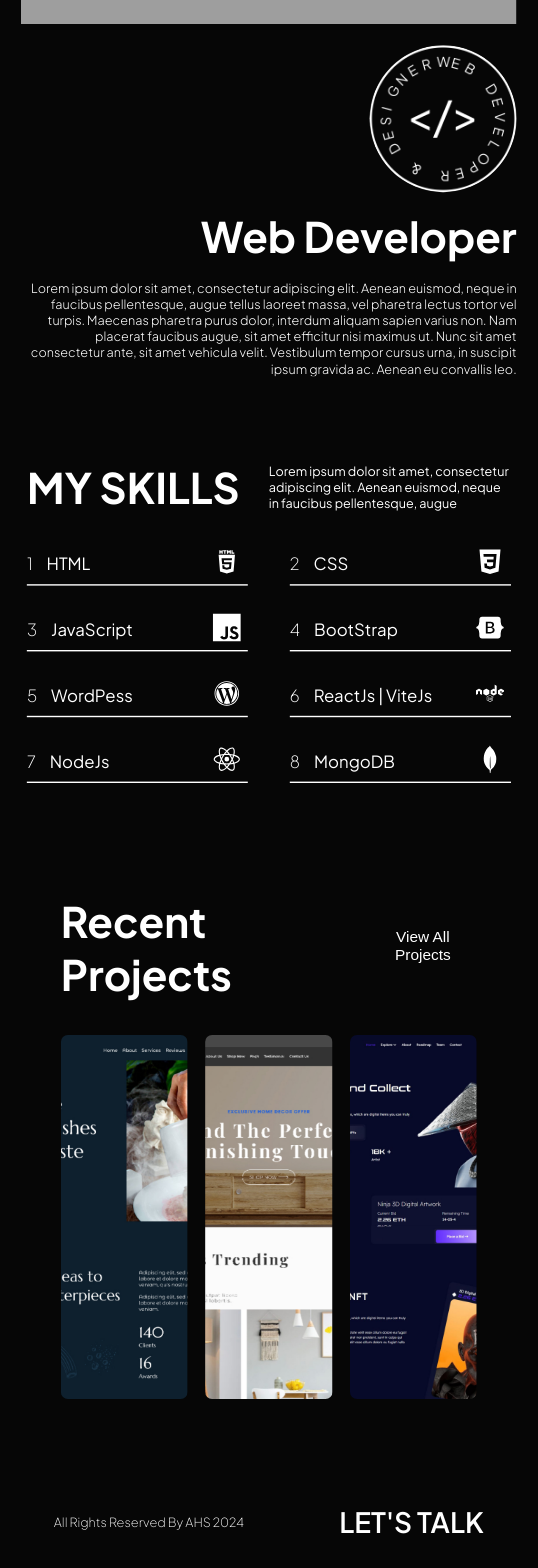
Repository: AliHassan02-Dev/PORTFOLIO
Page: / (app in Front-end/)
These files come from the project's save history. The page is drawn as it stood at one moment and after the next save; the edit follows.
The browser window is 768 px wide. The pictures show the part of the page from y = 1671 to 3911 px (the page is 3911 px tall before and 3811 px after), at 70% of full size.
Pictures or frames that could not be fetched are drawn as grey boxes. The project was rebuilt for these pictures with package versions that can differ from the ones it lists, and the page was loaded fresh each time. Also part of the build but not shown: Front-end/vite.config.js, Front-end/src/Pages/Projects.jsx, Front-end/src/Pages/AllProjects.jsx, Front-end/src/Components/ProjectPreview.jsx.

Above is the page before, as saved 2024-08-24 07:38:10.

### Front-end/src/main.jsx
import React from 'react'
import ReactDOM from 'react-dom/client'
import App from './App.jsx'
import './App.css'
import { BrowserRouter, Route, Routes } from 'react-router-dom'
import AllProjects from './Pages/AllProjects.jsx'
import ProjectPreview from './Components/ProjectPreview.jsx'

ReactDOM.createRoot(document.getElementById('root')).render(
  <>
    <BrowserRouter>
      <Routes>
        <Route path='/' element={<App />} />
        <Route path='/Projects' element={<AllProjects />} />
        <Route path='/projects/projectPreview' element={<ProjectPreview />} />
      </Routes>
    </BrowserRouter>
  </>
)

### Front-end/src/App.css
@import url("https://fonts.googleapis.com/css2?family=Plus+Jakarta+Sans:ital,wght@0,200..800;1,200..800&display=swap");
* {
  margin: 0;
  padding: 0;
  box-sizing: border-box;
}

body {
  width: 100%;
  height: 100%;
  background-color: #060606;
  color: white;
  font-family: "Plus Jakarta Sans", sans-serif;
}

.mainWrapper {
  width: 100%;
  height: 100%;
  position: relative;
  overflow: hidden;
}

/* HOME CONTAINER CSS */
.homeContainer {
  width: 100vw;
  height: 1000px;
  display: flex;
  flex-direction: column;
}

/* NAVBAR CSS */
/* MENU CSS */
.menu {
  width: 100%;
  height: 1000px;
  position: fixed;
  background-color: #060606;
  transform: translateY(-100%);
  z-index: 20;
  display: flex;
  justify-content: center;
  align-items: center;
  opacity: 0;
}

.menu .links {
  width: 100%;
  display: flex;
  justify-content: center;
  align-items: center;
  flex-direction: column;
  height: 100%;
  gap: 40px;
}

.menu .links a {
  color: white;
  font-size: 40px;
  font-weight: 400;
  text-decoration: none;
  position: relative;
  padding-bottom: 10px;
}
.menu .links a::before {
  content: "";
  position: absolute;
  width: 0%;
  height: 2px;
  background-color: white;
  bottom: 0;
  left: 50%;
  transform: translateX(-50%);
  transition: all 0.3s ease-out;
}
.menu .links a:hover::before {
  width: 100%;
}

.navBar {
  margin: 30px auto;
  width: 80%;
  display: flex;
  justify-content: space-between;
  align-items: center;
  padding: 0px 20px;
  position: relative;
  /* left: 50%;
  transform: translateX(-50%); */
  z-index: 25;
}

.navBar a {
  text-decoration: none;
  font-size: 25px;
  font-weight: 600;
  color: white;
}

.navBar .menuBtn,
.navBar .menuBtn-active {
  width: 30px;
  height: 30px;
  display: flex;
  justify-content: center;
  align-items: flex-end;
  flex-direction: column;
  overflow: hidden;
  cursor: pointer;
  transition: all 0.3s ease-in-out;
  opacity: 1 !important;
}
.navBar .menuBtn span,
.navBar .menuBtn-active span {
  width: 100%;
  height: 3px;
  background-color: white;
  border-radius: 20px;
  cursor: pointer;
  transition: all 0.3s ease-in-out;
  opacity: 1 !important;
}
.navBar .menuBtn #line1 {
  transform: translateY(-8px);
}
.navBar .menuBtn #line2 {
  width: 70%;
}
.navBar .menuBtn #line3 {
  width: 40%;
  transform: translateY(8px);
}
/* ACTIVE CLASSES */
.navBar .menuBtn-active {
  width: 30px;
  height: 30px;
  transition: all 0.3s ease-in-out;
}

.navBar .menuBtn-active #line1 {
  transform: translateY(5px) rotate(45deg) !important;
}
.navBar .menuBtn-active #line2 {
  width: 70%;
  transform: translateX(150%) !important;
}
.navBar .menuBtn-active #line3 {
  width: 100%;
  transform: translateY(-1px) rotate(-45deg) !important;
}

/* HERO SECTION CSS */
.homeContainer .heroContainer {
  width: 100%;
  height: 100%;
  display: flex;
  flex-direction: column;
  justify-content: center;
  align-items: center;
  position: relative;
}

.homeContainer .heroContainer h2 {
  font-size: 180px;
  font-weight: bold;
  position: absolute;
  text-wrap: nowrap;
}
.homeContainer .heroContainer .nonStroke {
  z-index: 5;
}
.homeContainer .heroContainer .strokeText1,
.homeContainer .heroContainer .strokeText2 {
  -webkit-text-stroke: 2px #fff;
  -webkit-text-fill-color: #060606;
  opacity: 0;
}
.homeContainer .heroContainer .strokeText1 {
  transform: translateY(0%);
}
.homeContainer .heroContainer .strokeText2 {
  transform: translateY(0%);
}

/* HERO SECTION RESPONSIVE CSS */

@media (max-width: 1200px) {
  .homeContainer .heroContainer h2 {
    font-size: 110px;
  }
}

@media (max-width: 968px) {
  .homeContainer .heroContainer h2 {
    font-size: 80px;
  }
}

@media (max-width: 768px) {
  .homeContainer .heroContainer h2 {
    font-size: 70px;
  }
}

@media (max-width: 568px) {
  .homeContainer .heroContainer h2 {
    font-size: 50px;
  }
}

/* HERO SECTION END */

/* ABOUT SECTION CSS */
.mainWrapper .aboutContainer {
  width: 80%;
  height: 1000px;
  display: flex;
  justify-content: center;
  align-items: center;
  margin: auto;
  gap: 30px;
}

.mainWrapper .aboutContainer .left,
.mainWrapper .aboutContainer .right {
  flex: 1;
  display: flex;
  flex-direction: column;
  gap: 25px;
  overflow: hidden;
}

.mainWrapper .aboutContainer .left h2 {
  color: white;
  font-size: 80px;
  font-weight: bold;
}

.mainWrapper .aboutContainer .left p {
  color: white;
  font-size: 22px;
  font-weight: 300;
}

.mainWrapper .aboutContainer .left .imageBox {
  width: 100%;
  height: 350px;
  background-image: url(./assets/2.jpg);
  background-position: center;
  background-repeat: no-repeat;
  background-size: cover;
  transform-origin: top;
}

.mainWrapper .aboutContainer .right {
  align-items: flex-end;
}

.mainWrapper .aboutContainer .right .circleImg {
  width: 300px;
  height: 300px;
  border-radius: 100%;
  background-image: url(./assets/circleText.png);
  background-position: center;
  background-repeat: no-repeat;
  background-size: cover;
}

.mainWrapper .aboutContainer .right h2 {
  color: white;
  font-size: 80px;
  font-weight: bold;
}

.mainWrapper .aboutContainer .right p {
  color: white;
  font-size: 22px;
  font-weight: 300;
  text-align: right;
}

/* ABOUT SECTION RESPONSIVE */

@media (max-width: 1200px) {
  .mainWrapper .aboutContainer {
    width: 90%;
    height: auto;
    margin: 100px auto;
  }

  .mainWrapper .aboutContainer .left h2 {
    font-size: 60px;
  }

  .mainWrapper .aboutContainer .left p {
    font-size: 18px;
  }

  .mainWrapper .aboutContainer .left .imageBox {
    height: 300px;
  }

  .mainWrapper .aboutContainer .right .circleImg {
    width: 210px;
    height: 210px;
  }

  .mainWrapper .aboutContainer .right h2 {
    font-size: 60px;
  }

  .mainWrapper .aboutContainer .right p {
    font-size: 18px;
  }
}

@media (max-width: 768px) {
  .mainWrapper .aboutContainer {
    width: 100%;
    height: 100%;
    display: flex;
    flex-direction: column;
    justify-content: center;
    align-items: center;
    margin: 100px auto;
    padding: 20px 30px;
  }

  .mainWrapper .aboutContainer .left h2 {
    font-size: 60px;
  }

  .mainWrapper .aboutContainer .left p {
    font-size: 18px;
  }

  .mainWrapper .aboutContainer .left .imageBox {
    height: 300px;
  }

  .mainWrapper .aboutContainer .right .circleImg {
    width: 210px;
    height: 210px;
  }

  .mainWrapper .aboutContainer .right h2 {
    font-size: 60px;
  }

  .mainWrapper .aboutContainer .right p {
    font-size: 18px;
  }
}

@media (max-width: 568px) {
  .mainWrapper .aboutContainer {
    padding: 20px;
  }

  .mainWrapper .aboutContainer .left h2 {
    font-size: 40px;
  }

  .mainWrapper .aboutContainer .left p {
    font-size: 16px;
  }

  .mainWrapper .aboutContainer .left .imageBox {
    height: 240px;
  }

  .mainWrapper .aboutContainer .right .circleImg {
    width: 180px;
    height: 180px;
  }

  .mainWrapper .aboutContainer .right h2 {
    font-size: 40px;
  }

  .mainWrapper .aboutContainer .right p {
    font-size: 16px;
  }
}

/* ABOUT SECTION CSS END */

/* SKILLS SECTION CSS */
.mainWrapper .skillsContainer {
  width: 80%;
  height: 1000px;
  display: flex;
  justify-content: center;
  flex-direction: column;
  margin: auto;
  gap: 30px;
  overflow: hidden;
}

.mainWrapper .skillsContainer .top {
  width: 100%;
  display: flex;
  justify-content: space-between;
  align-items: center;
}

.mainWrapper .skillsContainer .top .left,
.mainWrapper .skillsContainer .top .right {
  flex: 1;
}

.mainWrapper .skillsContainer .top .left h2 {
  font-size: 80px;
  font-weight: bold;
  color: white;
}
.mainWrapper .skillsContainer .top .right p {
  font-size: 22px;
}

.mainWrapper .skillsContainer .bottom {
  width: 100%;
  display: flex;
  justify-content: space-between;
  align-items: flex-start;
  margin: 20px 0px;
}

.mainWrapper .skillsContainer .bottom {
  width: 100%;
  height: 100%;
  display: grid;
  grid-template-columns: 1fr 1fr;
  grid-template-rows: auto auto auto auto;
  gap: 0px 60px;
}
.mainWrapper .skillsContainer .bottom .skillBar {
  width: 100%;
  display: flex;
  justify-content: space-between;
  align-items: center;
  padding-bottom: 10px;
  position: relative;
  cursor: pointer;
}
.mainWrapper .skillsContainer .bottom .skillBar .left {
  display: flex;
  align-items: center;
  gap: 20px;
}

.mainWrapper .skillsContainer .bottom .skillBar .left p {
  color: white;
  font-size: 30px;
  font-weight: 200;
}
.mainWrapper .skillsContainer .bottom .skillBar .left h2 {
  color: white;
  font-size: 30px;
  font-weight: 400;
}

.mainWrapper .skillsContainer .bottom .skillBar .right .skillLogo {
  font-size: 50px;
  color: white;
  margin-right: 10px;
}

/* SKILLS SECTION CSS RESPONSIVE */

@media (max-width: 1200px) {
  .mainWrapper .skillsContainer {
    width: 90%;
    height: 100%;
    margin: 100px auto;
  }

  .mainWrapper .skillsContainer .top .left h2 {
    font-size: 60px;
    font-weight: bold;
    color: white;
  }
  .mainWrapper .skillsContainer .top .right p {
    font-size: 18px;
  }

  .mainWrapper .skillsContainer .bottom {
    gap: 40px 60px;
  }

  .mainWrapper .skillsContainer .bottom .skillBar .left p {
    font-size: 24px;
  }

  .mainWrapper .skillsContainer .bottom .skillBar .left h2 {
    font-size: 24px;
  }

  .mainWrapper .skillsContainer .bottom .skillBar .right .skillLogo {
    font-size: 40px;
  }
}

/* SKILLS SECTION CSS END */

/* PROJECTS SECTION CSS */
.mainWrapper .projectContainer {
  width: 80%;
  height: 1000px;
  display: flex;
  justify-content: center;
  flex-direction: column;
  margin: auto;
  gap: 30px;
}

.mainWrapper .projectContainer .top {
  width: 100%;
  display: flex;
  justify-content: space-between;
  align-items: center;
}

.mainWrapper .projectContainer .top .left,
.mainWrapper .projectContainer .top .right {
  flex: 1;
}

.mainWrapper .projectContainer .top .left h2 {
  font-size: 80px;
  font-weight: bold;
  color: white;
}
.mainWrapper .projectContainer .top .right p {
  font-size: 22px;
}

.mainWrapper .projectContainer .bottom {
  width: 100%;
  display: flex;
  margin-top: 50px;
}

.mainWrapper .projectContainer .bottom {
  display: flex;
  flex-direction: column;
  overflow: hidden;
  gap: 100px;
}

.mainWrapper .projectContainer .bottom .projectBar {
  display: flex;
  justify-content: space-between;
  align-items: center;
  padding-bottom: 5px;
  position: relative;
  cursor: pointer;
  cursor: pointer;
}
.line {
  width: 100%;
  height: 2px;
  background-color: white;
  position: absolute;
  bottom: 0;
  left: 0;
}
.projectLine {
  width: 100%;
  height: 2px;
  background-color: white;
  position: absolute;
  bottom: 0;
  left: 0;
}
.mainWrapper .projectContainer .bottom .projectBar .left {
  display: flex;
  align-items: center;
  gap: 20px;
}

.mainWrapper .projectContainer .bottom .projectBar .left p {
  color: white;
  font-size: 30px;
  font-weight: 200;
}
.mainWrapper .projectContainer .bottom .projectBar .left h2 {
  color: white;
  font-size: 30px;
  font-weight: 400;
}

.mainWrapper .projectContainer .bottom .projectBar .right .arrow {
  font-size: 30px;
  color: white;
  margin-right: 10px;
  transform: rotate(-40deg);
}

/* HORIZONTAL SCROLING CSS */

.aboutSection,
.skillsSection,
.projectSection {
  width: 100vw;
  height: 1000px;
}

.aboutSection {
  background-color: burlywood;
}

.skillsSection {
  background-color: peru;
}

.projectSection {
  background-color: palegoldenrod;
}

.horizontalScrolling {
  display: flex;
  flex-wrap: nowrap;
}

/* .containers {
  position: absolute;
  top: 0 !important;
  left: 50% !important;
  transform: translateX(100%) !important;
} */

/* RIBBONS SECTION CSS */
.mainWrapper .ribbonContainer {
  width: 100%;
  display: flex;
  align-items: center;
  margin: 50px 0px;
}

.mainWrapper .ribbonContainer p {
  color: white;
  font-size: 80px;
  font-weight: bold;
  text-wrap: nowrap;
}
.mainWrapper .ribbonContainer span {
  -webkit-text-stroke: 1px #fff;
  -webkit-text-fill-color: #060606;
}

/* FOOTER SECTION CSS */
.footer {
  width: 100%;
  display: flex;
  justify-content: space-between;
  align-items: center;
  width: 80%;
  margin: 40px auto;
}

.footer .left {
  display: flex;
  flex-direction: column;
  gap: 20px;
}

.footer .left .socialLinks {
  display: flex;
  align-items: center;
  gap: 20px;
}
.footer .left .socialLinks a {
  font-size: 20px;
  font-weight: 400;
  color: white;
  text-decoration: none;
}
.footer .left p {
  color: white;
  font-size: 18px;
  font-weight: 200;
}

.footer .right h2 {
  font-size: 40px;
  font-weight: 600;
  color: white;
  cursor: pointer;
}

/* ALL PROJECTS PAGE CSS */
.projectsContainer {
  width: 80%;
  height: 100%;
  margin: auto;
  padding: 40px 10px;
}

.projectsContainer .topBar {
  width: 100%;
  display: flex;
  justify-content: space-between;
  align-items: center;
}

.projectsContainer .topBar .left h2 {
  font-size: 60px;
  font-weight: bold;
  color: white;
}

.projectsContainer .topBar .right button {
  background: none;
  border: none;
  outline: none;
  position: relative;
  overflow: hidden;
}

.projectsContainer .topBar .right button a {
  color: white;
  font-size: 22px;
  font-weight: 400;
  text-decoration: none;
  position: relative;
  display: block;
  padding-bottom: 5px;
  transition: 0.3s transform linear;
}
.projectsContainer .topBar .right button a::before {
  content: "";
  position: absolute;
  width: 100%;
  height: 2px;
  background-color: white;
  bottom: 0%;
  transform: translateX(200%);
  display: block;
  transition: 0.3s transform linear;
}
.projectsContainer .topBar .right button:hover a::before {
  transform: translateX(0%);
  transition: 0.3s transform linear;
}

.projectsContainer .hdg {
  font-size: 60px;
  font-weight: bold;
  color: white;
}

.projectsContainer .projectsWrapper {
  width: 100%;
  height: 100%;
  display: grid;
  grid-template-columns: 1fr 1fr 1fr;
  gap: 25px;
  margin: 50px 0px;
}

.projectsContainer .projectsWrapper .projectBox {
  width: 100%;
  max-width: 520px;
  height: 520px;
  margin-bottom: 20px;
}

.projectsContainer .projectsWrapper .projectBox .thumbnail {
  width: 100%;
  height: 100%;
  position: relative;
  overflow: hidden;
}

.projectsContainer .projectsWrapper .projectBox .thumbnail img {
  width: 100%;
  height: 100%;
  object-fit: cover;
  border-radius: 10px;
}

.projectsContainer .projectsWrapper .projectBox .thumbnail .overlay {
  width: 100%;
  height: 100%;
  display: flex;
  justify-content: center;
  align-items: center;
  gap: 40px;
  background-color: rgba(0, 0, 0, 0.6);
  position: absolute;
  top: -100%;
  transition: all 0.3s ease-in-out;
  border-radius: 10px;
}
.projectsContainer .projectsWrapper .projectBox .thumbnail:hover .overlay {
  top: 0;
}

.projectsContainer .projectsWrapper .projectBox .thumbnail .overlay .iconBox {
  display: flex;
  justify-content: center;
  align-items: center;
  padding: 15px;
  border-radius: 100%;
  cursor: pointer;
  transition: all 0.3s ease-in-out;
}
.projectsContainer
  .projectsWrapper
  .projectBox
  .thumbnail
  .overlay
  .iconBox:hover {
  background-color: rgba(255, 255, 255, 0.25);
  backdrop-filter: blur(20px);
}

.projectsContainer .projectsWrapper .projectBox .thumbnail .overlay .linkIcon {
  font-size: 25px;
  color: white;
}

/* PROJECT DETAILS CSS */
.projectDetails {
  width: 80%;
  height: 100%;
  display: flex;
  justify-content: space-between;
  margin: 40px auto;
  gap: 40px;
}

.projectDetails .left {
  flex: 2;
}

.projectDetails .left img {
  width: 100%;
}

.projectDetails .right {
  flex: 1;
  display: flex;
  flex-direction: column;
  gap: 40px;
  margin: 20px 0px;
}

.projectDetails .right .projectContent {
  width: 100%;
  padding: 20px;
  display: flex;
  flex-direction: column;
  gap: 20px;
  border-bottom: 1px solid rgba(255, 255, 255, 0.45);
}

.projectDetails .right .projectContent h2 {
  color: white;
  font-size: 25px;
  font-weight: 600;
}

.projectDetails .right .projectContent p {
  color: white;
  font-size: 20px;
  font-weight: 400;
}

.projectDetails .right .projectTechnology {
  border-bottom: 1px solid rgba(255, 255, 255, 0.45);
  width: 100%;
  padding: 20px;
  display: flex;
  justify-content: center;
  flex-direction: column;
  gap: 20px;
}

.projectDetails .right .projectTechnology h2 {
  color: white;
  font-size: 24px;
  font-weight: 600;
}

.projectDetails .right .projectTechnology .icons {
  display: flex;
  align-items: center;
  gap: 40px;
  flex-wrap: wrap;
}

.projectDetails .right .projectTechnology .techName {
  color: white;
  font-size: 60px;
  cursor: pointer;
  padding: 8px;
  transition: 0.3s ease-in-out;
}

.techName {
  color: white;
  font-size: 40px;
  cursor: pointer;
  padding: 8px;
  transition: 0.3s ease-in-out;
}

/* SKILL LOGOS COLOR */
.projectDetails .right .projectTechnology .techName:hover.html {
  background-color: #f16529;
  padding: 8px;
  border-radius: 5px;
}
.projectDetails .right .projectTechnology .techName:hover.css {
  background-color: #264de4;
  padding: 8px;
  border-radius: 5px;
}
.projectDetails .right .projectTechnology .techName:hover.js {
  color: #f7e018 !important;
  padding: 8px;
}
.projectDetails .right .projectTechnology .techName:hover.react {
  background-color: #61dbfb;
  padding: 8px;
  border-radius: 5px;
}
.projectDetails .right .projectTechnology .techName:hover.wordpress {
  background-color: #21759b;
  padding: 8px;
  border-radius: 5px;
}
.projectDetails .right .projectTechnology .techName:hover.node,
.projectDetails .right .projectTechnology .techName:hover.mongodb {
  background-color: #539e43;
  padding: 8px;
  border-radius: 5px;
}
.projectDetails .right .projectTechnology .techName:hover.vite {
  background: linear-gradient(
    90deg,
    rgba(88, 194, 254, 1) 0%,
    rgba(175, 83, 255, 1) 100%
  );
  padding: 8px;
  border-radius: 5px;
}

.techName:hover.figma {
  background: linear-gradient(
    180deg,
    rgba(242, 78, 30, 1) 0%,
    rgba(255, 114, 98, 1) 25%,
    rgba(162, 89, 255, 1) 50%,
    rgba(26, 188, 254, 1) 75%,
    rgba(10, 207, 131, 1) 100%
  );
  padding: 8px;
  border-radius: 5px;
}
.techName:hover.website {
  background: gray;
  padding: 8px;
  border-radius: 5px;
}

.projectDetails .right .links {
  border-bottom: 1px solid rgba(255, 255, 255, 0.45);
  width: 100%;
  padding: 20px;
  display: flex;
  flex-direction: column;
  justify-content: center;
  gap: 20px;
}

.projectDetails .right .links h2 {
  color: white;
  font-size: 24px;
  font-weight: 600;
}

.projectDetails .right .links .icons {
  display: flex;
  align-items: center;
  flex-direction: row;
  gap: 20px;
}

.projectDetails .right .links .linkIcon {
  color: white;
  font-size: 50px;
  padding: 10px;
  border-radius: 100%;
  cursor: pointer;
  transition: 0.3s ease-in-out;
}
.projectDetails .right .links .linkIcon:hover {
  background-color: rgba(255, 255, 255, 0.25);
  backdrop-filter: blur(20px);
}

### Front-end/src/Pages/Home.jsx
import React from 'react'
import { useGSAP } from '@gsap/react';
import gsap from 'gsap';
import { ScrollTrigger } from 'gsap/ScrollTrigger';
import Navbar from '../Components/Navbar';
gsap.registerPlugin(ScrollTrigger);

const Home = () => {

    // useGSAP(() => {
    //     // HOME SECTION ANIMATIONS

    //     let tlHome = gsap.timeline({
    //         scrollTrigger: {
    //             trigger: '.homeContainer',
    //             scoller: 'body',
    //             markers: true,
    //             start: 'top 0%',
    //             end: 'top -100%',
    //             scrub: 1,
    //             pin: true,
    //         }
    //     })

    //     tlHome.from('.homeContainer .heroContainer .nonStroke', {
    //         opacity: 0,
    //         duration: 1,
    //     })
    //     tlHome.to('.homeContainer .heroContainer .strokeText1', {
    //         transform: 'translateY(-80%)',
    //         opacity: 1,
    //         duration: 1,
    //     })
    //     tlHome.to('.homeContainer .heroContainer .strokeText2', {
    //         transform: 'translateY(80%)',
    //         opacity: 1,
    //         duration: 1,
    //     })
    // })

    return (
        <div className='homeContainer'>
            {/* <Navbar /> */}
            <div className="heroContainer">
                <h2 className='strokeText1'>WEB DEVELOPER</h2>
                <h2 className='nonStroke'>ALI HASSAN</h2>
                <h2 className='strokeText2'>WEB DESIGNER</h2>
            </div>
        </div>
    )
}

export default Home

### Front-end/src/Components/Footer.jsx
import React from "react";

const Footer = () => {
  return (
    <div className="footer">
      <div className="left">
        <p>All Rights Reserved By AHS 2024</p>
      </div>
      <div className="right">
        <h2>LET'S TALK</h2>
      </div>
    </div>
  );
};

export default Footer;

### Front-end/src/Components/Navbar.jsx
import React, { useEffect, useState } from 'react'
import { useGSAP } from '@gsap/react';
import gsap from 'gsap';
import { ScrollTrigger } from 'gsap/ScrollTrigger';
gsap.registerPlugin(ScrollTrigger)

const Navbar = ({ setClickedOnOpen, clickedOnOpen }) => {

    const handleClick = () => {
        setClickedOnOpen(!clickedOnOpen)
    }
    // useGSAP(() => {
    //     gsap.from('.navBar a', {
    //         transform: 'translateY(-10px)',
    //         opacity: 0,
    //         duration: 0.5,
    //         delay: 0.5
    //     })
    //     gsap.from('.navBar .menuBtn, .navBar .menuBtn-active', {
    //         transform: 'translateY(-10px)',
    //         opacity: 0,
    //         duration: 0.5,
    //         delay: 0.8
    //     })
    //     gsap.from('.navBar .menuBtn span, .navBar .menuBtn-active span', {
    //         transform: 'translateX(200px)',
    //         opacity: 0,
    //         duration: 0.5,
    //         delay: 1,
    //         stagger: 0.3
    //     })
    // })
    return (
        <div className='navBar'>
            {/* <div className="left"> */}
            <a href="">PORTFOLIO</a>
            {/* </div> */}
            {/* <div className="right"> */}
            <div className={`${clickedOnOpen ? 'menuBtn-active' : 'menuBtn'}`} onClick={handleClick}>
                <span id='line1'></span>
                <span id='line2'></span>
                <span id='line3'></span>
                {/* </div> */}
            </div>
        </div>
    )
}

export default Navbar

### Front-end/src/Components/ProjectsBox.jsx
import React from "react";
import { GoLink } from "react-icons/go";
import { FaArrowUpRightFromSquare } from "react-icons/fa6";
import { projectsData } from "../data";
import { Link, useNavigate } from "react-router-dom";

const ProjectsBox = () => {
  const navigate = useNavigate();

  return (
    <div className="projectsWrapper">
      {projectsData?.map((projects) => {
        return (
          <div className="projectBox">
            <div className="thumbnail">
              <img src={projects?.thumbnail} alt="" />
              <div className="overlay">
                <div className="iconBox">
                  <Link target={"_blank"} to={projects?.websiteLink}>
                    <GoLink className="linkIcon" />
                  </Link>
                </div>
                <div
                  className="iconBox"
                  onClick={() =>
                    navigate("/projects/projectPreview", { state: projects })
                  }
                >
                  <FaArrowUpRightFromSquare className="linkIcon" />
                </div>
              </div>
            </div>
          </div>
        );
      })}
    </div>
  );
};
export default ProjectsBox;

Loaded but not shown: Front-end/index.html (common file); Front-end/src/data.js (59 lines, source omitted); Front-end/src/Pages/Skills.jsx (169 lines, source omitted); Front-end/src/Pages/About.jsx (80 lines, source omitted); Front-end/src/App.jsx (87 lines, source omitted)

After the next save:
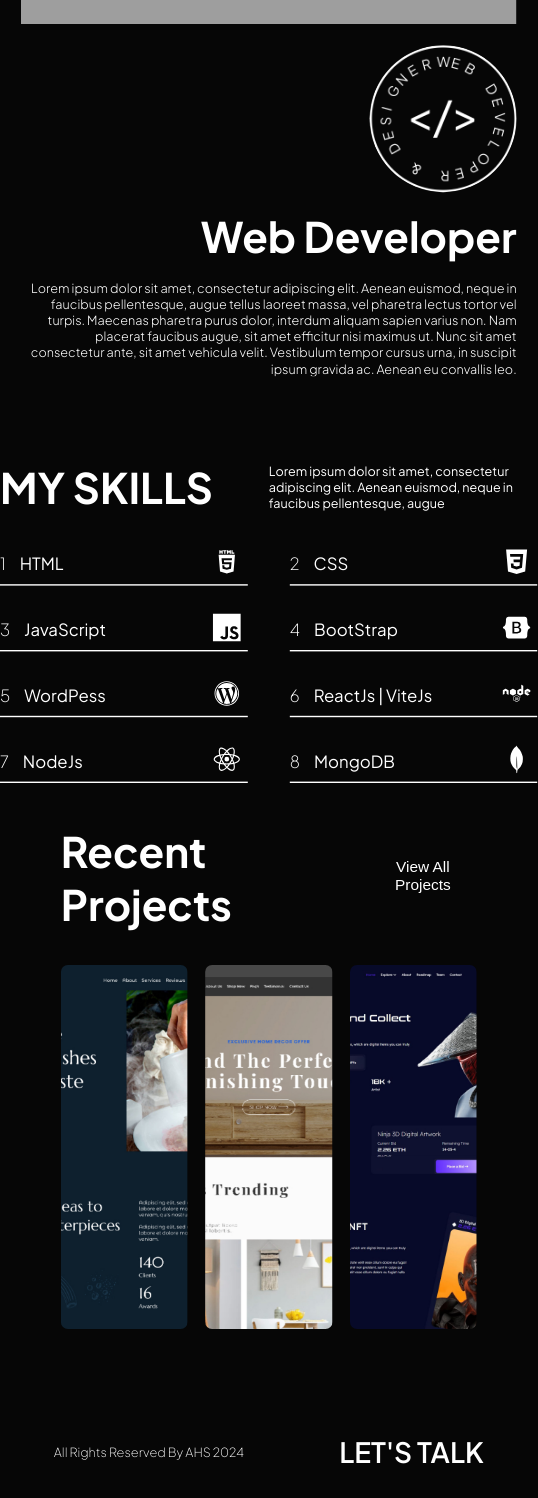
Saved 83 s later.
--- a/Front-end/src/App.css
+++ b/Front-end/src/App.css
@@ -497,6 +497,20 @@ body {
 
   .mainWrapper .skillsContainer .bottom .skillBar .right .skillLogo {
     font-size: 40px;
+  }
+}
+
+@media (max-width: 768px) {
+  .mainWrapper .skillsContainer {
+    width: 100%;
+    height: 100%;
+    display: flex;
+    flex-direction: column;
+    justify-content: center;
+    flex-direction: column;
+    margin: auto;
+    gap: 30px;
+    overflow: hidden;
   }
 }
 
